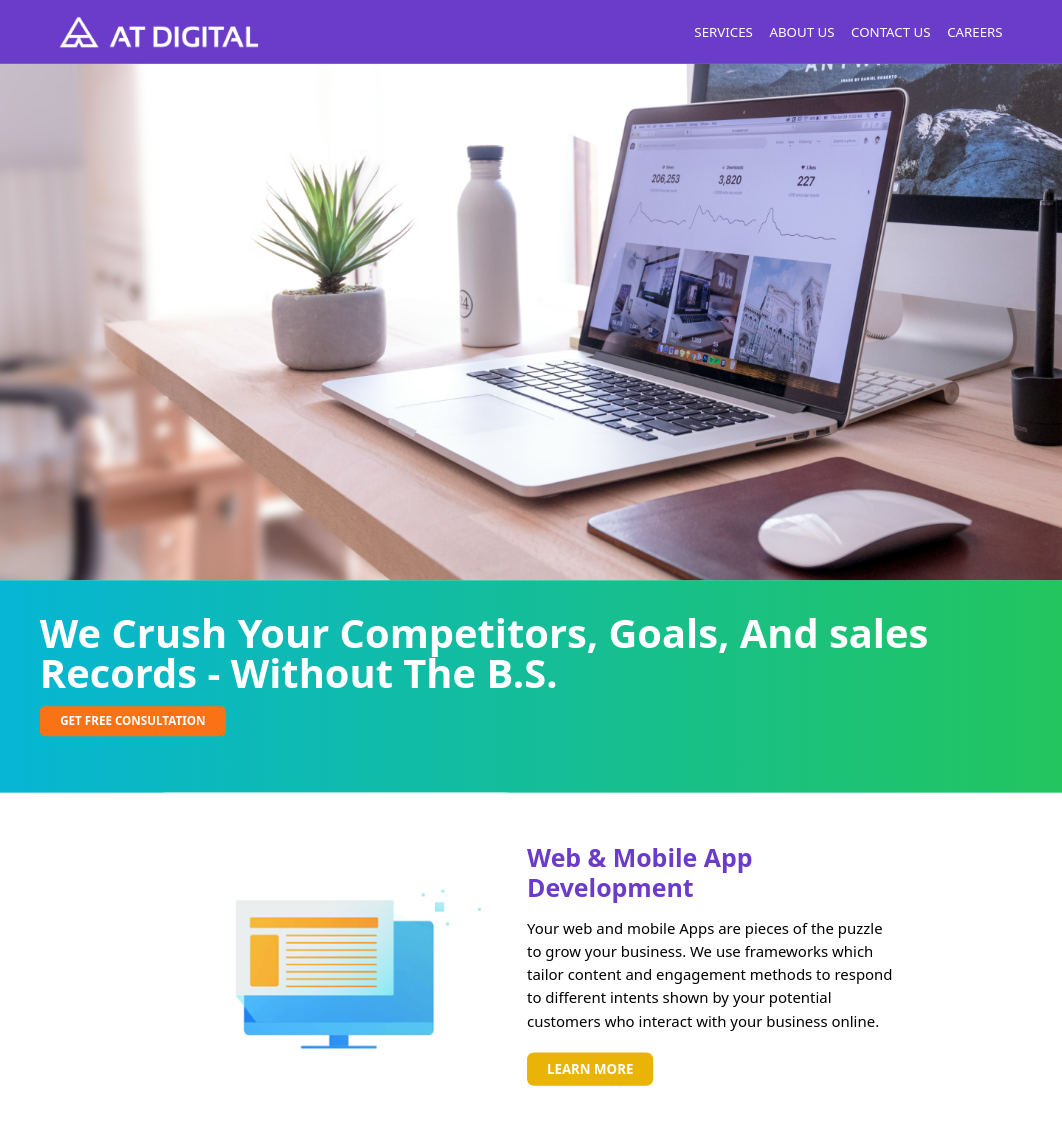
Repository: Milith97/AT-Digital-Website
Page: /
The author's editor kept a copy of each file at every save. The page is drawn from the files as they stood at one save, then again after the next save.
The browser window is 1280 px wide. The pictures show the whole page, at 83% of full size.
The project was rebuilt for these pictures with package versions that can differ from the ones it lists, and the page was loaded fresh each time. Also part of the build but not shown: vite.config.js.

Above is the page before, as saved 2024-04-06 21:20:53.

### src/App.jsx
// App.js or your main component file
import React from 'react';
import NavBar from './Components/NavBar';
import HomePage from './Components/HomePage';
import Servicers from './Components/Servicers'

function App() {
  return (
    <div className="App">
      <NavBar />
      <HomePage />
      <Servicers/>
    </div>
  );
}

export default App;

### src/Components/NavBar.jsx
import React, { useState } from 'react';
import Logo from '../assets/Img/Logo.png';

const NavBar = () => {
    const [isOpen, setIsOpen] = useState(false);

    return (
        <nav className="bg-[#6B3CC9]">
            <div className="max-w-1440px max-h-20 xl:px-16 md:px-7 sm:px-11 max-lg:mx-6">
                <div className="flex justify-between">
                    <div>
                        <a href="#" className={`flex items-center py-5 sm:px-2 ${isOpen ? 'hidden' : 'flex'}`}>
                            <img src={Logo} alt="Logo" />
                        </a>
                    </div>
                    <div className={`hidden md:flex font-medium text-white items-center space-x-1 ${isOpen ? 'flex' : 'hidden'}`}>
                        <a href="#" className="py-5 px-2 ">SERVICES</a>
                        <a href="#" className="py-5 px-2 ">ABOUT US</a>
                        <a href="#" className="py-5 px-2 ">CONTACT US</a>
                        <a href="#" className="py-5 px-2 ">CAREERS</a>
                    </div>
                    <div className="md:hidden flex items-center ">
                        <button onClick={() => setIsOpen(!isOpen)} className="text-white focus:outline-none">
                            {!isOpen ? (
                                <svg className="h-14 w-10" stroke="white" viewBox="0 0 24 24" >
                                    <path strokeLinecap="round" strokeLinejoin="round" strokeWidth="3" d="M4 6h16M4 12h16M4 18h16" />
                                </svg>
                            ) : (
                                <svg className="h-12 w-8" stroke="black" viewBox="0 0 24 24" >
                                    <path strokeLinecap="round" strokeLinejoin="round" strokeWidth="3" d="M6 18L18 6M6 6l12 12" />
                                </svg>
                            )}
                        </button>
                    </div>
                </div>
            </div>
            <div className={`${isOpen ? 'block' : 'hidden'} md:hidden`}>
                <div className="bg-white">
                    <a href="#" className="block py-2 px-4 text-sm text-black-500 ">HOME</a>
                    <a href="#" className="block py-2 px-4 text-sm text-black-500">SERVICES</a>
                    <a href="#" className="block py-2 px-4 text-sm text-black-500">ABOUT US</a>
                    <a href="#" className="block py-2 px-4 text-sm text-black-500">CONTACT US</a>
                    <a href="#" className="block py-2 px-4 text-sm text-black-500">CAREERS</a>
                </div>
            </div>
        </nav>
    );
};

export default NavBar;

### src/Components/HomePage.jsx
import React from 'react';
import backgroundImage from '../assets/Img/Home.png';

const HomePage = () => {
    return (
        <div className=''>
            <div>
                <img src={backgroundImage} alt="Home Image" />
            </div>
            <div className='h-64 max-w-full bg-gradient-to-r from-cyan-500 to-green-500 '>
                <div className='text-lg py-6 px-12 '>
                    <p className='font-bold text-5xl text-white py-4'>We Crush Your Competitors, Goals, And sales Records - Without The B.S.</p>
                    <div className=''>
                        <button className='bg-orange-500 text-white font-bold text-sm h-9 w-56 rounded-md'>GET FREE CONSULTATION</button>
                    </div>
                </div>
            </div>
        </div>
    );
};

export default HomePage;

### src/Components/Servicers.jsx
import React from 'react';
import Service1 from '../assets/Img/Service1.png';
const Servicers = () => {
    return (
        <div className="flex flex-col md:flex-row items-center justify-center">
            <div className="w-414 h-414 bg-gray-300 flex-shrink-0 mb-6 md:mb-0 mr-0 md:mr-6">
                <img src={Service1} alt="Service Image" className="w-full h-full object-cover" />
            </div>

            {/* Right Side (Content) */}
            <div className="max-w-md">
                <h2 className="text-3xl font-semibold mb-4 text-[#6B3CC9]">Web & Mobile App Development</h2>
                <p className="text-lg mb-6 ">Your web and mobile Apps are pieces of the puzzle to grow your business. We use frameworks which tailor content and engagement methods to respond to different intents shown by your potential customers who interact with your business online.</p>
                <button className="bg-yellow-500 text-white font-bold py-2 px-6 rounded-lg hover:bg-yellow-600 transition-colors">LEARN MORE</button>
            </div>
        </div>
    );
};

export default Servicers;

Loaded but not shown: index.html (common file); src/main.jsx (common file); src/index.css (common file); tailwind.config.js (common file)

After the next save:
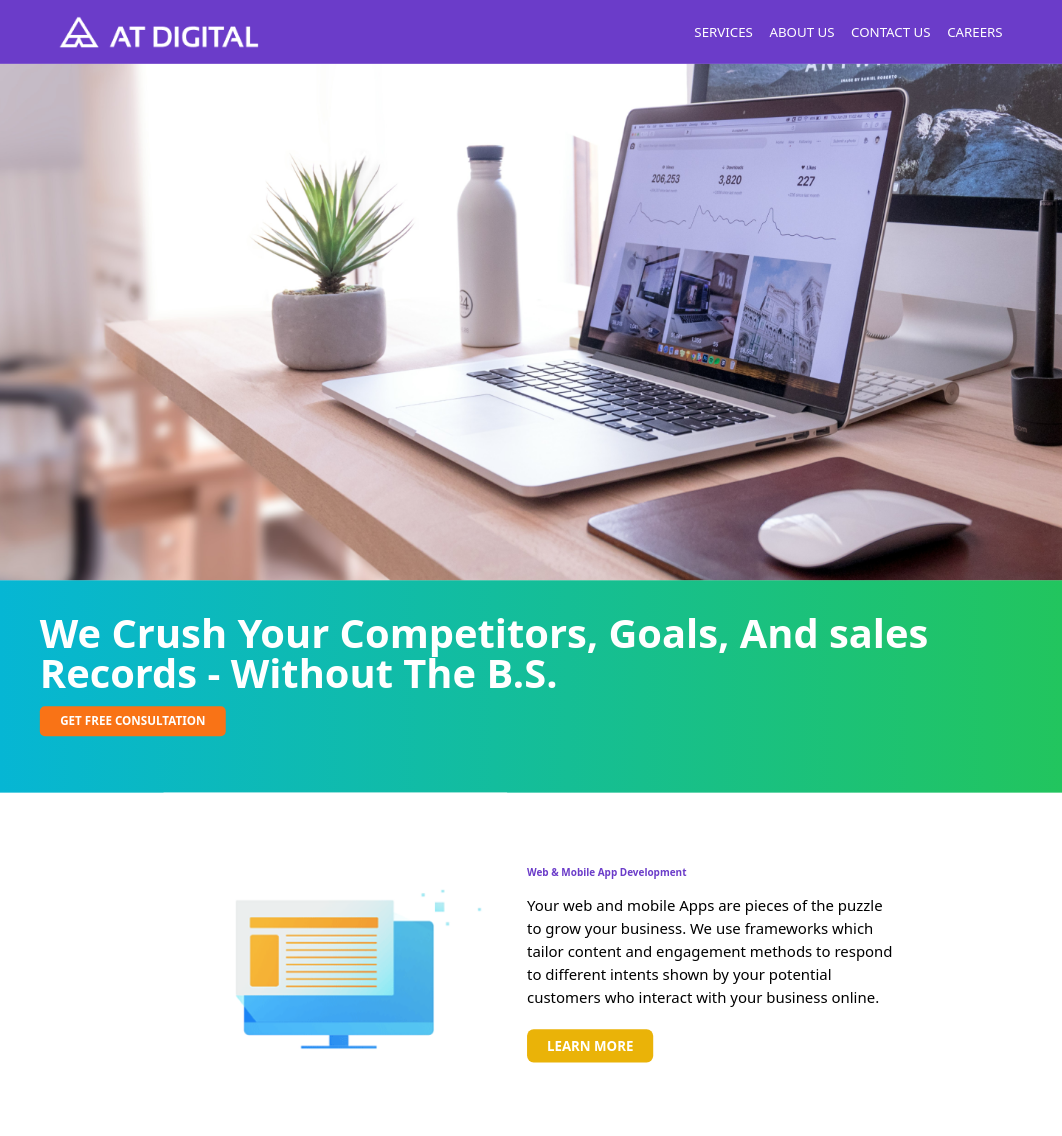
Saved 104 s later.
--- a/src/Components/Servicers.jsx
+++ b/src/Components/Servicers.jsx
@@ -9,7 +9,7 @@ const Servicers = () => {
 
             {/* Right Side (Content) */}
             <div className="max-w-md">
-                <h2 className="text-3xl font-semibold mb-4 text-[#6B3CC9]">Web & Mobile App Development</h2>
+                <h2 className="text-xs font-semibold mb-4 text-[#6B3CC9]">Web & Mobile App Development</h2>
                 <p className="text-lg mb-6 ">Your web and mobile Apps are pieces of the puzzle to grow your business. We use frameworks which tailor content and engagement methods to respond to different intents shown by your potential customers who interact with your business online.</p>
                 <button className="bg-yellow-500 text-white font-bold py-2 px-6 rounded-lg hover:bg-yellow-600 transition-colors">LEARN MORE</button>
             </div>
